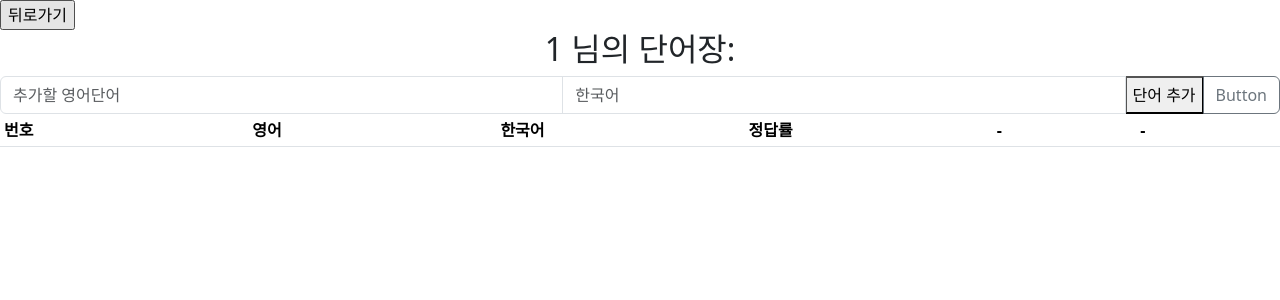
Repository: kokoko12334/myvocab-toy
Page: http://localhost/myVocabularyList/detail
The author's editor kept a copy of each file at every save. The page is drawn from the files as they stood at one save, then again after the next save.
The browser window is 1280 px wide. The pictures show the whole page.
The page is served by Tomcat 9. The session is filled in as if someone had signed in: {"id": 1, "pwd": 1, "list": 1}. Queries for data that is not in the repository find no rows.

Above is the page before, as saved 2023-04-07 12:28:50.

After the next save:
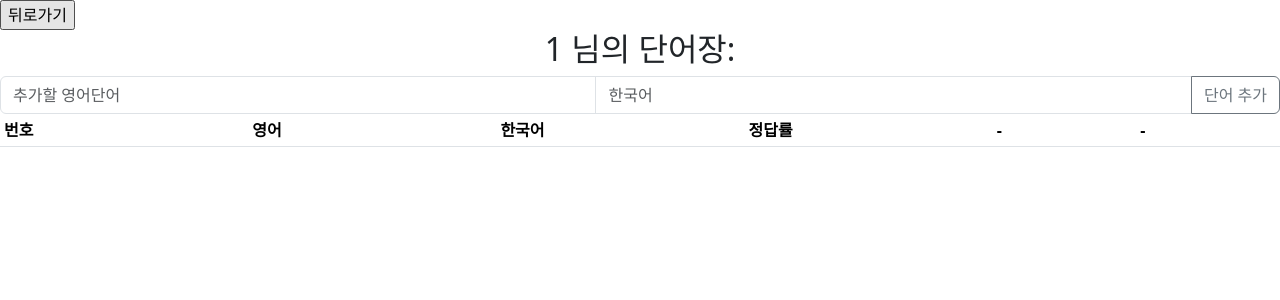
Saved 21 s later.
--- a/myVocabularyList/src/main/webapp/WEB-INF/views/myvocabulary/detail.jsp
+++ b/myVocabularyList/src/main/webapp/WEB-INF/views/myvocabulary/detail.jsp
@@ -26,8 +26,8 @@
 	<div class="input-group">
 		<input type = text name = "english" placeholder = "추가할 영어단어" aria-label="First name" class="form-control">
 		<input type = text name = "korean" placeholder = "한국어" aria-label="Last name" class="form-control">
-		<input type = submit value = "단어 추가">
-		<button class="btn btn-outline-secondary" type="button" id="button-addon2">Button</button>
+
+		<button class="btn btn-outline-secondary" id="button-addon2">단어 추가</button>
 	</div>
 	</form>
 
